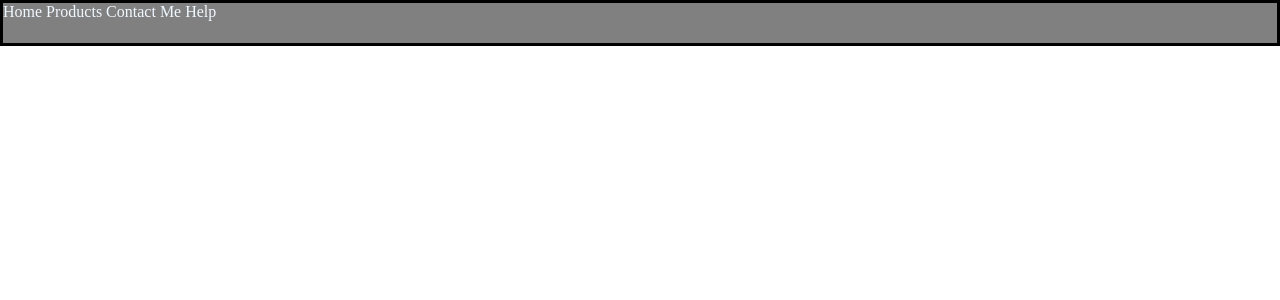
Repository: nihalani20/CSS-by-KG
Page: Practice set/Set-6/index.html
These files come from the project's save history. The page is drawn as it stood at one moment and after the next save; the edit follows.
The browser window is 1280 px wide. The pictures show the whole page.

Above is the page before, as saved 2023-11-27 15:35:19.

After the next save:
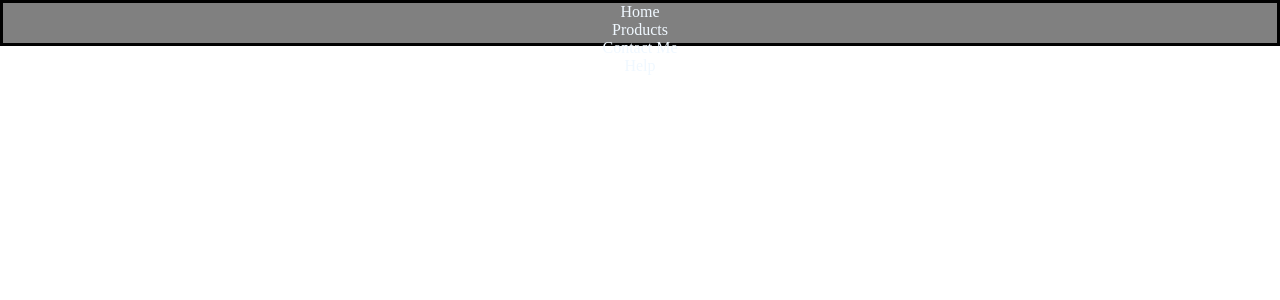
Saved 13 s later.
--- a/Practice set/Set-6/styles.css
+++ b/Practice set/Set-6/styles.css
@@ -18,7 +18,7 @@
    border:solid
 }
 
-.items
+.item
 {
    display: flex;
     flex-direction: row;

After the save that followed:
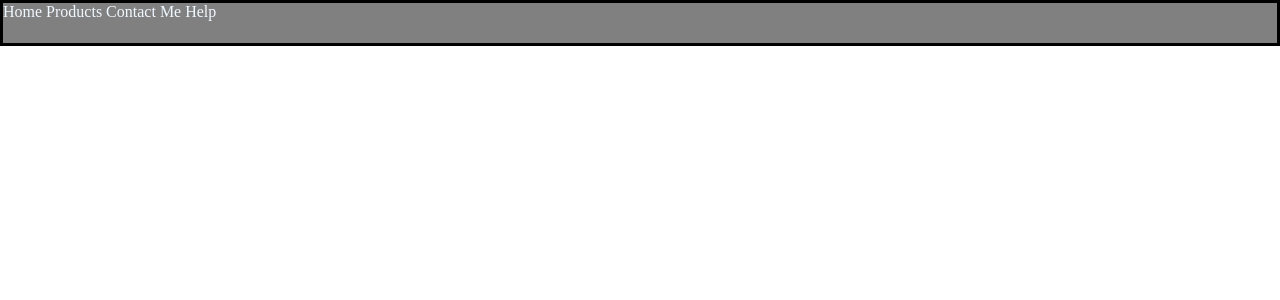
Saved 9 s later.
--- a/Practice set/Set-6/styles.css
+++ b/Practice set/Set-6/styles.css
@@ -20,8 +20,6 @@
 
 .item
 {
-   display: flex;
-    flex-direction: row;
-    justify-content: space-evenly;
+
 
 }
